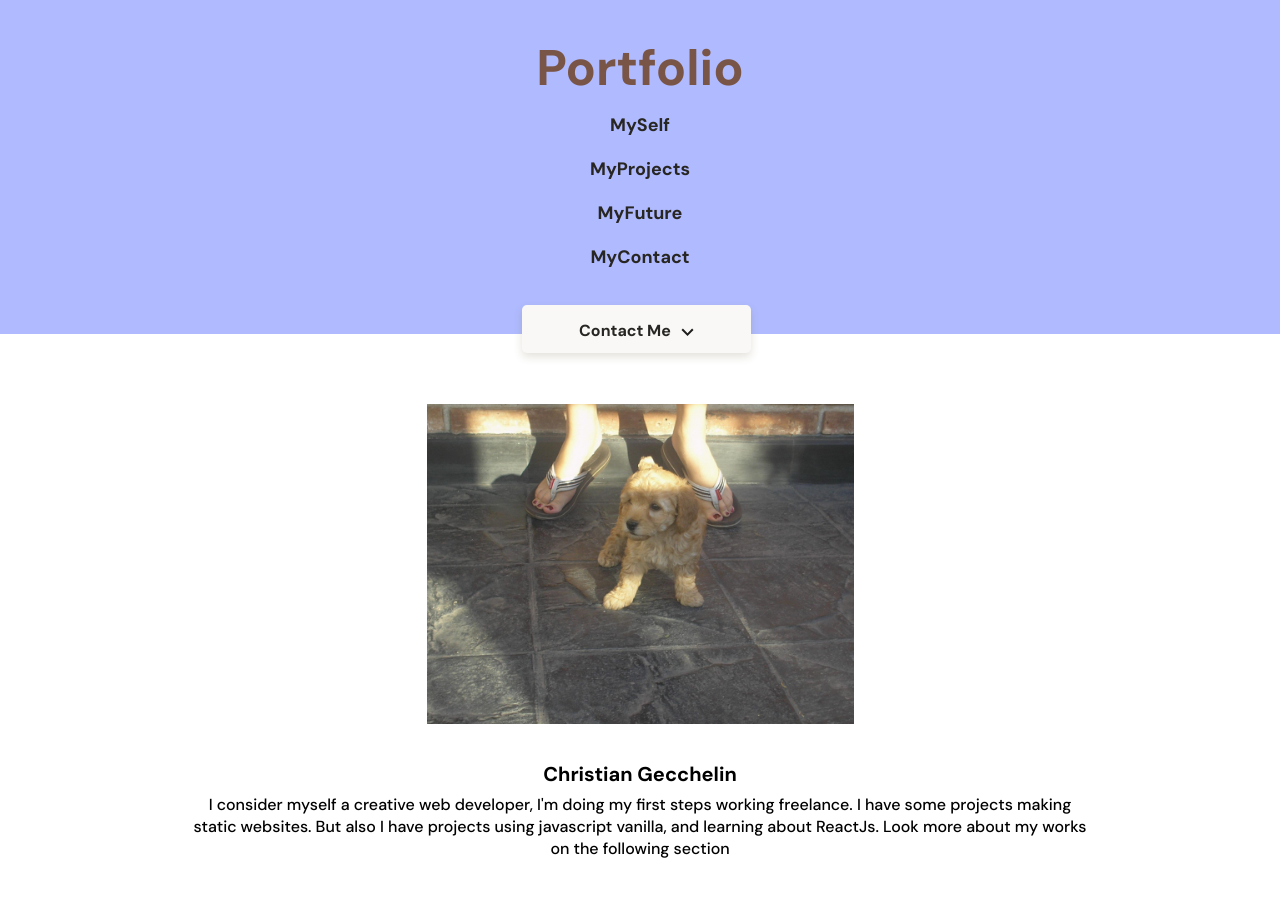
Repository: ChristianGecchelin/PortfolioOnline
Page: index.html
These files come from the project's save history. The page is drawn as it stood at one moment and after the next save; the edit follows.
The browser window is 1280 px wide. The pictures show the whole page.

Above is the page before, as saved 2022-01-08 20:25:18.

After the next save:
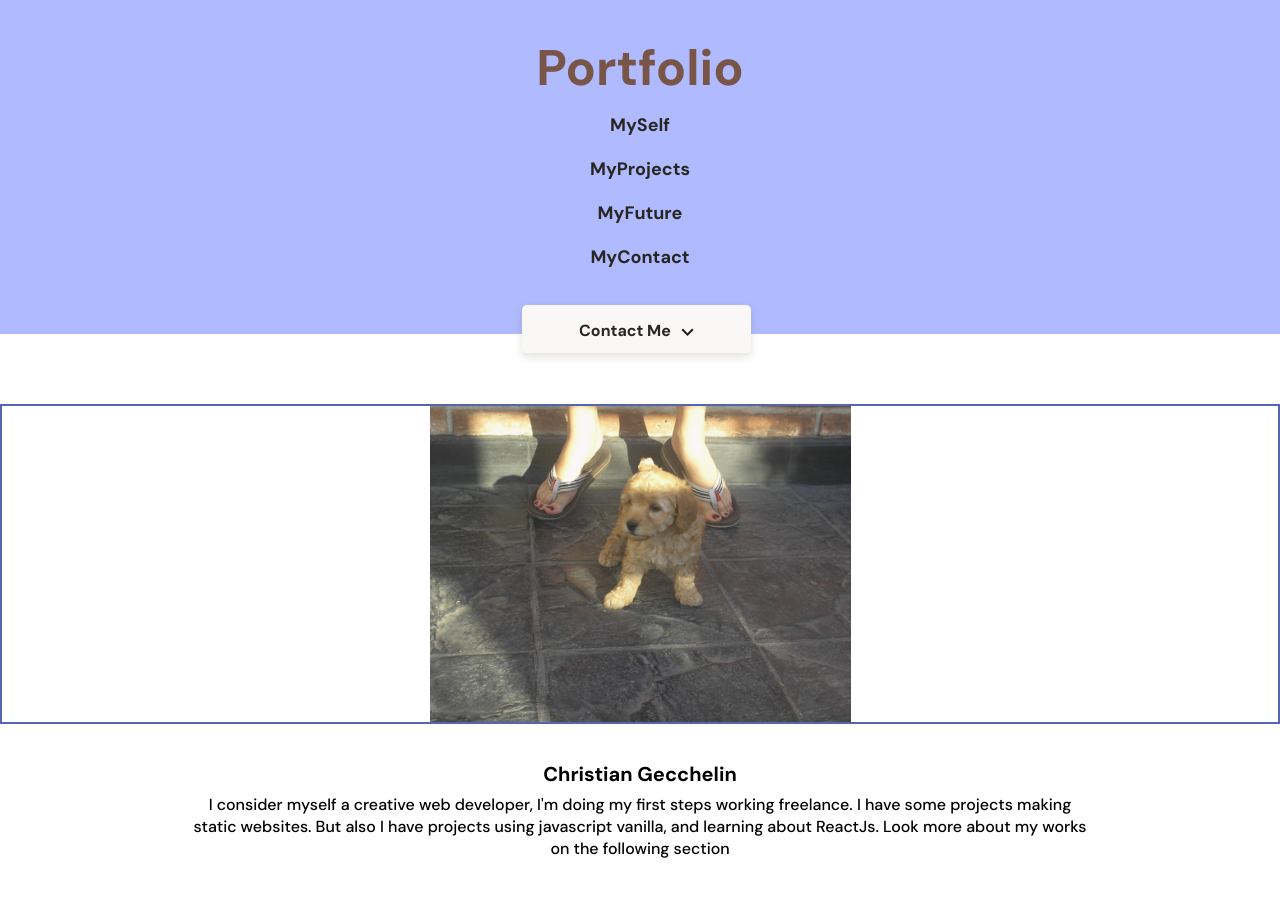
Saved 35 s later.
--- a/styles/styles.css
+++ b/styles/styles.css
@@ -107,6 +107,7 @@
   background-size: contain;
   background-position: center;
   background-repeat: no-repeat;
+  border: 2px solid var(--strong-violet);
 }
 .principalContainer-mySelf--information {
   width: 90%;

After the save that followed:
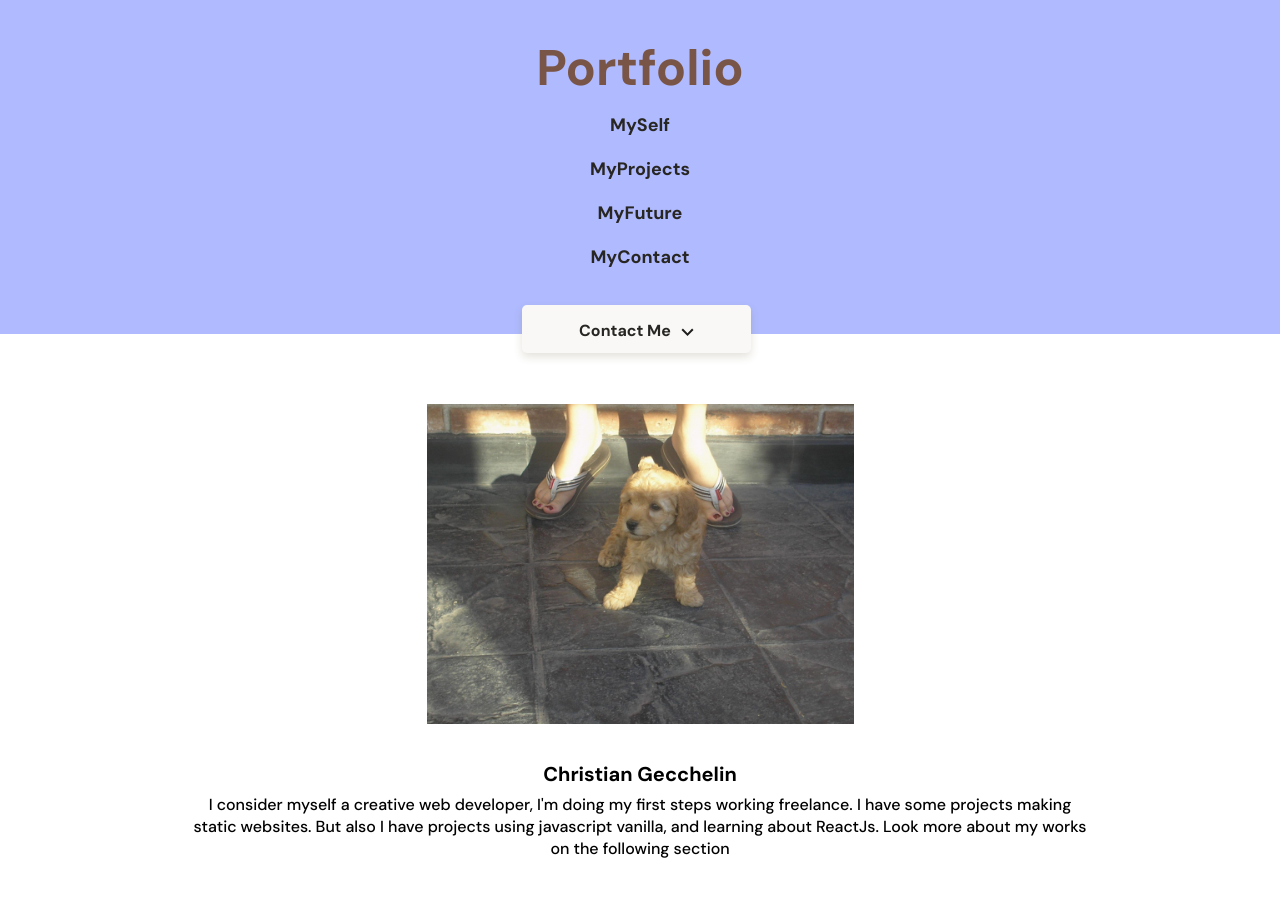
Saved 15 s later.
--- a/styles/styles.css
+++ b/styles/styles.css
@@ -107,7 +107,6 @@
   background-size: contain;
   background-position: center;
   background-repeat: no-repeat;
-  border: 2px solid var(--strong-violet);
 }
 .principalContainer-mySelf--information {
   width: 90%;
